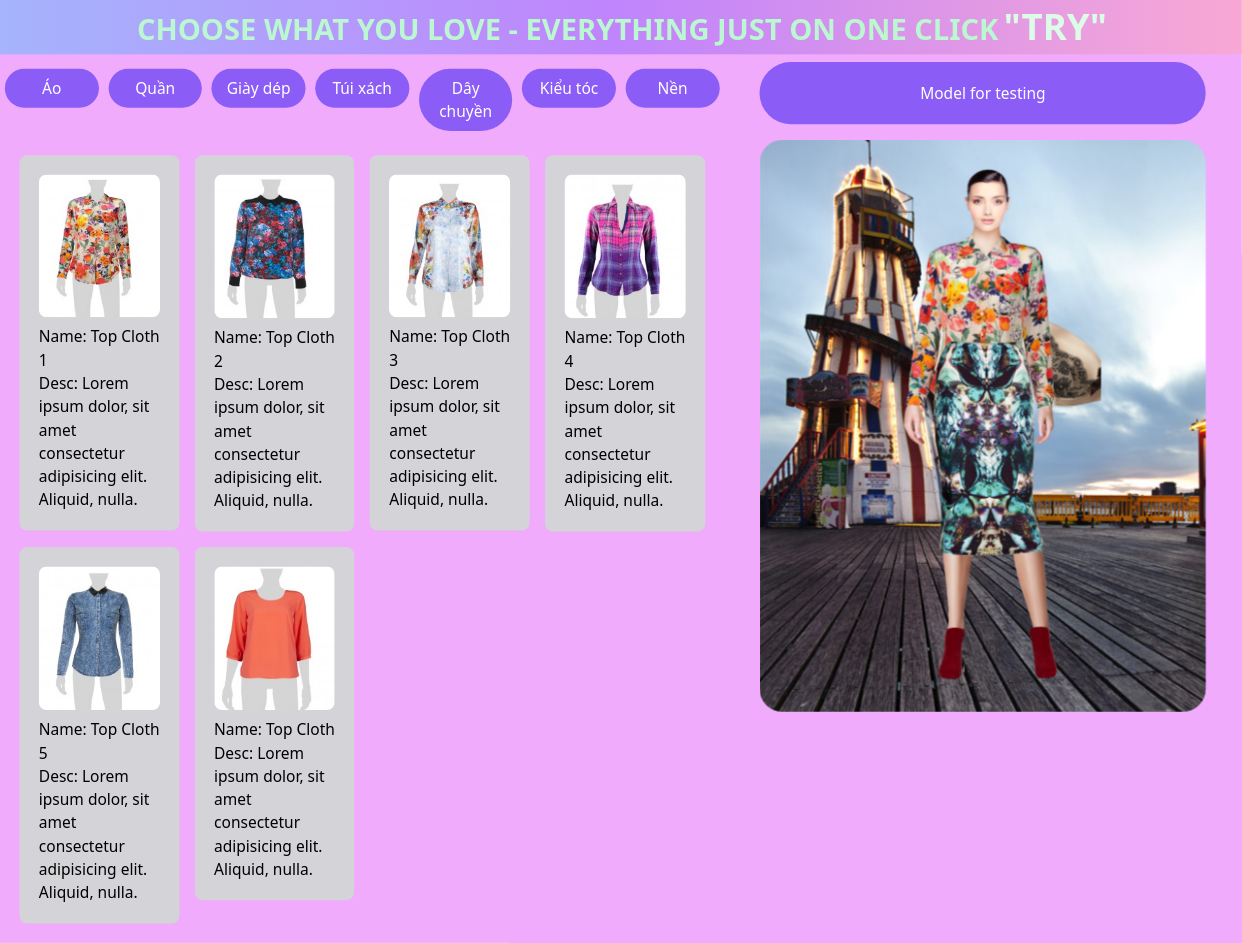
Repository: NguyenVietPhuQuy/ReactJs-TailWind-Redux-FunctionHook-ModelDesign
Page: / (app in modeldesign/)
An editor plug-in stored every save of this project. The page is shown before and after the next save, followed by the edit.
The browser window is 1280 px wide. The pictures show the whole page, at 97% of full size.
The project was rebuilt for these pictures with package versions that can differ from the ones it lists, and the page was loaded fresh each time. Also part of the build but not shown: modeldesign/src/App.css.

Above is the page before, as saved 2022-11-17 17:36:27.

### modeldesign/public/index.html
<!DOCTYPE html>
<html lang="en">
  <head>
    <meta charset="utf-8" />
    <link rel="icon" href="%PUBLIC_URL%/favicon.ico" />
    <meta name="viewport" content="width=device-width, initial-scale=1" />
    <meta name="theme-color" content="#000000" />
    <meta
      name="description"
      content="Web site created using create-react-app"
    />
    <!--bootstrap-->
    <link rel="stylesheet" href="https://cdnjs.cloudflare.com/ajax/libs/bootstrap/5.2.2/js/bootstrap.min.js">
    <link rel="apple-touch-icon" href="%PUBLIC_URL%/logo192.png" />
    <!--
      manifest.json provides metadata used when your web app is installed on a
      user's mobile device or desktop. See https://developers.google.com/web/fundamentals/web-app-manifest/
    -->
    <link rel="manifest" href="%PUBLIC_URL%/manifest.json" />
    <!--
      Notice the use of %PUBLIC_URL% in the tags above.
      It will be replaced with the URL of the `public` folder during the build.
      Only files inside the `public` folder can be referenced from the HTML.

      Unlike "/favicon.ico" or "favicon.ico", "%PUBLIC_URL%/favicon.ico" will
      work correctly both with client-side routing and a non-root public URL.
      Learn how to configure a non-root public URL by running `npm run build`.
    -->
    <title>React App</title>
  </head>
  <body>
    <noscript>You need to enable JavaScript to run this app.</noscript>
    <div id="root"></div>
    <!--
      This HTML file is a template.
      If you open it directly in the browser, you will see an empty page.

      You can add webfonts, meta tags, or analytics to this file.
      The build step will place the bundled scripts into the <body> tag.

      To begin the development, run `npm start` or `yarn start`.
      To create a production bundle, use `npm run build` or `yarn build`.
    -->
  </body>
</html>

### modeldesign/src/index.js
import React from 'react';
import ReactDOM from 'react-dom/client';
import './index.css';
import App from './App';
import reportWebVitals from './reportWebVitals';
import {Provider} from 'react-redux'
import store from './Components/Reducer/Store';
const root = ReactDOM.createRoot(document.getElementById('root'));
root.render(
  <React.StrictMode>
    <Provider store ={store}>
    <App/>
    </Provider>
  </React.StrictMode>
);

// If you want to start measuring performance in your app, pass a function
// to log results (for example: reportWebVitals(console.log))
// or send to an analytics endpoint. Learn more: https://bit.ly/CRA-vitals
reportWebVitals();

### modeldesign/src/App.js
import React from 'react';
import './App.css';
import Home from './Components/Home.js'
function App() {
  return (
    <div>
      <Home/>
    </div>
  );
}

export default App;

### modeldesign/src/Components/Reducer/Store.js
import {createStore} from "redux"
import rootReducer from "./RootReducer"

const store = createStore(rootReducer,window.__REDUX_DEVTOOLS_EXTENSION__ && window.__REDUX_DEVTOOLS_EXTENSION__())
export default store

### modeldesign/src/Components/Home.js
import React from "react";
import Header from './Header.js'
import Category from "./Category.js";
import ProductList from "./ProductList.js";
import Model from "./Model.js";
function Home() {
    return (
        <div className="container mx-auto relative bg-fuchsia-300">
            <section className=
            " bg-gradient-to-r from-indigo-300 via-purple-400 to-pink-300 w-full ring-2 ring-transparent">
                    <Header/>
            </section>
            <section className="main flex flex-row">
                <div className="basis-7/12">
                    <Category/>
                    <ProductList/>
                </div>
                <div className="basis-5/12">
                    <Model />
                </div>
            </section>
        </div>
    )
}
export default Home

### modeldesign/src/Components/Reducer/RootReducer.js
import { combineReducers } from "redux";
import ProductReducer from './ProductReducer'
import CategoryReducer from './CategoryReducer'

const RootReducer = combineReducers({
    products: ProductReducer,
    categories: CategoryReducer,

})

export default RootReducer

### modeldesign/src/Components/Header.js
import React from "react";
import 'animate.css'
function Header(){
    return (
        <div className="text-center text-3xl p-2 font-semibold text-green-200 ">
            CHOOSE WHAT YOU LOVE - EVERYTHING JUST ON ONE CLICK <span className="text-green-100 font-bold text-4xl animate__animated animate__pulse animate__infinite inline-block">"TRY" </span>
        </div>
    )
}
export default Header

### modeldesign/src/Components/Category.js
import React from "react";
import { useSelector } from 'react-redux'


function Category(props) {
    const returnCategory = useSelector(state => state.categories.category)
    return (
        <div className=" flex flex-row w-full">
            {returnCategory.map((item) => {
                return (
                    <div key={item.tabName}className="w-1/2" style={{marginTop: 10, padding:5}}>
                        <button className="p-2 w-full rounded-full text-white hover:text-pink-100
                         bg-violet-500 hover:bg-violet-600 active:bg-violet-700 focus:outline-none
                         ease-in duration-200"
                         style={{ outline:"none",border: "none"}}

                         >
                            {item.showName}
                        </button>
                    </div>
                )
            })}
        </div>
    )
}

export default Category

### modeldesign/src/Components/ProductList.js
import React from "react";
import { useSelector } from "react-redux";
import ProductItem from "./ProductItem"
function ProductList() {
    const productList = useSelector(state => state.products.product)
    const returnIsSelected = useSelector (state=>state.categories.isChangeCategory)
    const CategorySelected = productList.filter(value=> value.type === returnIsSelected)
    return (
        <div className="grid grid-cols-4 gap-4 m-5 text-left">
            {CategorySelected.map(item => {
                return (
                    <div key={item.name}>
                        <ProductItem items={item}/>
                    </div>
                )
            })}
        </div>)
}
export default ProductList

### modeldesign/src/Components/Model.js
import React from "react";
import './Model.css'
function Model() {
    return (
        <div className="p-2  justify-center items-center flex flex-col ">
            <div className="text-center p-5 rounded-full text-white hover:text-pink-100
                         bg-violet-500 hover:bg-violet-600 active:bg-violet-700 focus:outline-none
                         ease-in duration-200 flex  justify-center items-center mb-4"
                 style={{width:460}}
                         >Model for testing</div>
            <div className="contain rounded-3xl " style={{ backgroundImage: `url(/images/background/background1.jpg)` }}>
                <div className="body" style={{ backgroundImage: "url(images/allbody/bodynew.png)" }} />
                <div className="model" style={{ backgroundImage: "url(images/model/1000new.png)" }} />
                <div className="bikinitop" style={{ backgroundImage: `url(/images/allbody/bikini_bra.png)` }} />
                <div className="bikinitop top-cloth" style={{ backgroundImage: `url(/images/clothes/topcloth1.png)` }} />
                <div className="bikinibottom" style={{ backgroundImage: "url(images/allbody/bikini_pantsnew.png)" }} />
                <div className="bikinitop bot-cloth" style={{ backgroundImage: `url(/images/clothes/botcloth3.png)` }} />
                <div className="feetleft" style={{ backgroundImage: "url(images/allbody/feet_high_leftnew.png)" }} />
                <div className="feetright" style={{ backgroundImage: "url(images/allbody/feet_high_rightnew.png)" }} />
                <div className="shoes" style={{ backgroundImage: `url(/images/shoes/shoes1.png)` }} />
            </div>
        </div>)
}
export default Model

### modeldesign/src/Components/Reducer/ProductReducer.js

const initialState = {
    product: [{
        id: 'topcloth_1',
        type: "topclothes",
        name: "Top Cloth 1",
        desc: "Lorem ipsum dolor, sit amet consectetur adipisicing elit. Aliquid, nulla.",
        imgSrc_jpg: 'images/clothes/topcloth1_show.jpg',
        imgSrc_png: 'images/clothes/topcloth1.png',
    },
    {
        id: 'topcloth_2',
        type: "topclothes",
        name: "Top Cloth 2",
        desc: "Lorem ipsum dolor, sit amet consectetur adipisicing elit. Aliquid, nulla.",
        imgSrc_jpg: 'images/clothes/topcloth2_show.jpg',
        imgSrc_png: 'images/clothes/topcloth2.png',
    },
    {
        id: 'topcloth_3',
        type: "topclothes",
        name: "Top Cloth 3",
        desc: "Lorem ipsum dolor, sit amet consectetur adipisicing elit. Aliquid, nulla.",
        imgSrc_jpg: 'images/clothes/topcloth3_show.jpg',
        imgSrc_png: 'images/clothes/topcloth3.png',
    },
    {
        id: 'topcloth_4',
        type: "topclothes",
        name: "Top Cloth 4",
        desc: "Lorem ipsum dolor, sit amet consectetur adipisicing elit. Aliquid, nulla.",
        imgSrc_jpg: 'images/clothes/topcloth4_show.jpg',
        imgSrc_png: 'images/clothes/topcloth4.png',
    },
    {
        id: 'topcloth_5',
        type: "topclothes",
        name: "Top Cloth 5",
        desc: "Lorem ipsum dolor, sit amet consectetur adipisicing elit. Aliquid, nulla.",
        imgSrc_jpg: 'images/clothes/topcloth5_show.jpg',
        imgSrc_png: 'images/clothes/topcloth5.png',
    },
    {
        id: 'topcloth_6',
        type: "topclothes",
        name: "Top Cloth ",
        desc: "Lorem ipsum dolor, sit amet consectetur adipisicing elit. Aliquid, nulla.",
        imgSrc_jpg: 'images/clothes/topcloth6_show.jpg',
        imgSrc_png: 'images/clothes/topcloth6.png',
    },

    // Both clothes
    {
        id: 'botcloth_1',
        type: "botclothes",
        name: "Bot Cloth 1",
        desc: "Lorem ipsum dolor, sit amet consectetur adipisicing elit. Aliquid, nulla.",
        imgSrc_jpg: 'images/clothes/botcloth1_show.jpg',
        imgSrc_png: 'images/clothes/botcloth1.png',
    },
    {
        id: 'botcloth_2',
        type: "botclothes",
        name: "Bot Cloth 2",
        desc: "Lorem ipsum dolor, sit amet consectetur adipisicing elit. Aliquid, nulla.",
        imgSrc_jpg: 'images/clothes/botcloth2_show.jpg',
        imgSrc_png: 'images/clothes/botcloth2.png',
    },
    {
        id: 'botcloth_3',
        type: "botclothes",
        name: "Bot Cloth 3",
        desc: "Lorem ipsum dolor, sit amet consectetur adipisicing elit. Aliquid, nulla.",
        imgSrc_jpg: 'images/clothes/botcloth3_show.jpg',
        imgSrc_png: 'images/clothes/botcloth3.png',
    },
    {
        id: 'botcloth_4',
        type: "botclothes",
        name: "Bot Cloth 4",
        desc: "Lorem ipsum dolor, sit amet consectetur adipisicing elit. Aliquid, nulla.",
        imgSrc_jpg: 'images/clothes/botcloth4_show.jpg',
        imgSrc_png: 'images/clothes/botcloth4.png',
    },
    {
        id: 'botcloth_5',
        type: "botclothes",
        name: "Bot Cloth 5",
        desc: "Lorem ipsum dolor, sit amet consectetur adipisicing elit. Aliquid, nulla.",
        imgSrc_jpg: 'images/clothes/botcloth5_show.jpg',
        imgSrc_png: 'images/clothes/botcloth5.png',
    },

    // Shoes
    {
        id: 'shoes_1',
        type: "shoes",
        name: "Shoes 1",
        desc: "Lorem ipsum dolor, sit amet consectetur adipisicing elit. Aliquid, nulla.",
        imgSrc_jpg: 'images/shoes/shoes1_show.jpg',
        imgSrc_png: 'images/shoes/shoes1.png',
    },
    {
        id: 'shoes_2',
        type: "shoes",
        name: "Shoes 2",
        desc: "Lorem ipsum dolor, sit amet consectetur adipisicing elit. Aliquid, nulla.",
        imgSrc_jpg: 'images/shoes/shoes2_show.jpg',
        imgSrc_png: 'images/shoes/shoes2.png',
    },
    {
        id: 'shoes_3',
        type: "shoes",
        name: "Shoes 3",
        desc: "Lorem ipsum dolor, sit amet consectetur adipisicing elit. Aliquid, nulla.",
        imgSrc_jpg: 'images/shoes/shoes3_show.jpg',
        imgSrc_png: 'images/shoes/shoes3.png',
    },
    {
        id: 'shoes_4',
        type: "shoes",
        name: "Shoes 4",
        desc: "Lorem ipsum dolor, sit amet consectetur adipisicing elit. Aliquid, nulla.",
        imgSrc_jpg: 'images/shoes/shoes4_show.jpg',
        imgSrc_png: 'images/shoes/shoes4.png',
    },
    {
        id: 'shoes_5',
        type: "shoes",
        name: "Shoes 5",
        desc: "Lorem ipsum dolor, sit amet consectetur adipisicing elit. Aliquid, nulla.",
        imgSrc_jpg: 'images/shoes/shoes5_show.jpg',
        imgSrc_png: 'images/shoes/shoes5.png',
    },

    // Handbags
    {
        id: 'handbag_1',
        type: "handbags",
        name: "Handbag 1",
        desc: "Lorem ipsum dolor, sit amet consectetur adipisicing elit. Aliquid, nulla.",
        imgSrc_jpg: 'images/handbags/handbag1_show.jpg',
        imgSrc_png: 'images/handbags/handbag1.png',
    },
    {
        id: 'handbag_2',
        type: "handbags",
        name: "Handbag 2",
        desc: "Lorem ipsum dolor, sit amet consectetur adipisicing elit. Aliquid, nulla.",
        imgSrc_jpg: 'images/handbags/handbag2_show.jpg',
        imgSrc_png: 'images/handbags/handbag2.png',
    },
    {
        id: 'handbag_3',
        type: "handbags",
        name: "Handbag 3",
        desc: "Lorem ipsum dolor, sit amet consectetur adipisicing elit. Aliquid, nulla.",
        imgSrc_jpg: 'images/handbags/handbag3_show.jpg',
        imgSrc_png: 'images/handbags/handbag3.png',
    },

    // Necklaces
    {
        id: 'necklace_1',
        type: "necklaces",
        name: "Necklace 1",
        desc: "Lorem ipsum dolor, sit amet consectetur adipisicing elit. Aliquid, nulla.",
        imgSrc_jpg: 'images/necklaces/necklace1_show.jpg',
        imgSrc_png: 'images/necklaces/necklace1.png',
    },
    {
        id: 'necklace_2',
        type: "necklaces",
        name: "Necklace 2",
        desc: "Lorem ipsum dolor, sit amet consectetur adipisicing elit. Aliquid, nulla.",
        imgSrc_jpg: 'images/necklaces/necklace2_show.jpg',
        imgSrc_png: 'images/necklaces/necklace2.png',
    },
    {
        id: 'necklace_3',
        type: "necklaces",
        name: "Necklace 3",
        desc: "Lorem ipsum dolor, sit amet consectetur adipisicing elit. Aliquid, nulla.",
        imgSrc_jpg: 'images/necklaces/necklace3_show.jpg',
        imgSrc_png: 'images/necklaces/necklace3.png',
    },

    // Hairstyle
    {
        id: 'hairstyle_1',
        type: "hairstyle",
        name: "Hairstyle 1",
        desc: "Lorem ipsum dolor, sit amet consectetur adipisicing elit. Aliquid, nulla.",
        imgSrc_jpg: 'images/hairstyle/hairstyle1_show.jpg',
        imgSrc_png: 'images/hairstyle/hairstyle1.png',
    },
    {
        id: 'hairstyle_2',
        type: "hairstyle",
        name: "Hairstyle 2",
        desc: "Lorem ipsum dolor, sit amet consectetur adipisicing elit. Aliquid, nulla.",
        imgSrc_jpg: 'images/hairstyle/hairstyle2_show.jpg',
        imgSrc_png: 'images/hairstyle/hairstyle2.png',
    },
    {
        id: 'hairstyle_3',
        type: "hairstyle",
        name: "Hairstyle 3",
        desc: "Lorem ipsum dolor, sit amet consectetur adipisicing elit. Aliquid, nulla.",
        imgSrc_jpg: 'images/hairstyle/hairstyle3_show.jpg',
        imgSrc_png: 'images/hairstyle/hairstyle3.png',
    },

    // Background
    {
        id: 'background_1',
        type: "background",
        name: "Background 1",
        desc: "Lorem ipsum dolor, sit amet consectetur adipisicing elit. Aliquid, nulla.",
        imgSrc_jpg: 'images/background/background1_show.jpg',
        imgSrc_png: 'images/background/background1.jpg',
    },
    {
        id: 'background_2',
        type: "background",
        name: "Background 2",
        desc: "Lorem ipsum dolor, sit amet consectetur adipisicing elit. Aliquid, nulla.",
        imgSrc_jpg: 'images/background/background2_show.jpg',
        imgSrc_png: 'images/background/background2.jpg',
    },
    {
        id: 'background_3',
        type: "background",
        name: "Background 3",
        desc: "Lorem ipsum dolor, sit amet consectetur adipisicing elit. Aliquid, nulla.",
        imgSrc_jpg: 'images/background/background3_show.jpg',
        imgSrc_png: 'images/background/background3.jpg',
    },
    {
        id: 'background_4',
        type: "background",
        name: "Background 4",
        desc: "Lorem ipsum dolor, sit amet consectetur adipisicing elit. Aliquid, nulla.",
        imgSrc_jpg: 'images/background/background4_show.jpg',
        imgSrc_png: 'images/background/background4.jpg',
    },
    {
        id: 'background_5',
        type: "background",
        name: "Background 5",
        desc: "Lorem ipsum dolor, sit amet consectetur adipisicing elit. Aliquid, nulla.",
        imgSrc_jpg: 'images/background/background5_show.jpg',
        imgSrc_png: 'images/background/background5.jpg',
    },
    {
        id: 'background_6',
        type: "background",
        name: "Background 6",
        desc: "Lorem ipsum dolor, sit amet consectetur adipisicing elit. Aliquid, nulla.",
        imgSrc_jpg: 'images/background/background6_show.jpg',
        imgSrc_png: 'images/background/background6.jpg',
    },
    {
        id: 'background_7',
        type: "background",
        name: "Background 7",
        desc: "Lorem ipsum dolor, sit amet consectetur adipisicing elit. Aliquid, nulla.",
        imgSrc_jpg: 'images/background/background7_show.jpg',
        imgSrc_png: 'images/background/background7.jpg',
    },
    ],
}
const ProductReducer = (state = initialState) => {
    return state
}

export default ProductReducer

### modeldesign/src/Components/Reducer/CategoryReducer.js
const initialState ={
    category: [
        { tabName: 'tabTopClothes', showName: 'Áo', type: 'topclothes' },
        { tabName: 'tabBotClothes', showName: 'Quần', type: 'botclothes' },
        { tabName: 'tabShoes', showName: 'Giày dép', type: 'shoes' },
        { tabName: 'tabHandBags', showName: 'Túi xách', type: 'handbags' },
        { tabName: 'tabNecklaces', showName: 'Dây chuyền', type: 'necklaces' },
        { tabName: 'tabHairStyle', showName: 'Kiểu tóc', type: 'hairstyle' },
        { tabName: 'tabBackground', showName: 'Nền', type: 'background' }
    ],
    isChangeCategory: "topclothes"
}
const CategoryReducer = (state=initialState) =>{
    return state
}
export default CategoryReducer

### modeldesign/src/Components/ProductItem.js
import React from "react";
function ProductItem(props) {
    const {desc,name,imgSrc_jpg} = props.items
    return (
        <div className="card hover:bg-zinc-400  bg-zinc-300 rounded-lg p-5 ease-in duration-100">
            <img alt="" src={imgSrc_jpg} className="rounded-lg flex-shrink-0 w-full"></img>
            <div className="mt-2">
                <span style={{ display: "block" }}>Name: {name}</span>
                <span style={{ display: "block" }}>Desc: {desc}</span>
            </div>
        </div>
    )
}
export default ProductItem

### modeldesign/src/Components/Model.css
.contain {
    width: 460px;
    height: 590px;
    margin: 0 auto;
    position: relative;
  }
  .body {
    width: 250px;
    height: 500px;
    position: absolute;
    top: 12%;
    left: 22%;
  }
  .bikinitop {
    width: 250px;
    height: 500px;
    position: absolute;
    top: 12%;
    left: 22%;
    z-index: 1;
  }
  .top-cloth {
    background-size: cover;
    z-index: 3;
  }

  .bikinibottom {
    width: 250px;
    height: 500px;
    position: absolute;
    top: 12%;
    left: 22%;
    z-index: 1;
  }

  .bot-cloth {
    background-size: cover;
    z-index: 3;
  }

  .model {
    width: 60px;
    height: 77px;
    position: absolute;
    top: 5%;
    left: 45.5%;
    z-index: 1;
  }

  .feetleft {
    width: 25px;
    height: 41px;
    position: absolute;
    bottom: 6.5%;
    left: 40.4%;
    z-index: 1;
  }

  .feetright {
    width: 25px;
    height: 41px;
    position: absolute;
    bottom: 6.5%;
    right: 33.3%;
    z-index: 1;
  }
  .shoes {
    width: 500px;
    height: 1000px;
    position: absolute;
    bottom: -40%;
    right: -3.5%;
    transform: scale(0.5);
    z-index: 1;
  }

  .hairstyle {
    width: 1000px;
    height: 1000px;
    position: absolute;
    top: -75%;
    right: -57%;
    transform: scale(0.16);
    z-index: 4;
  }

  .handbag {
    width: 500px;
    height: 1000px;
    position: absolute;
    bottom: -40.5%;
    right: -3.5%;
    transform: scale(0.5);
    z-index: 4;
  }

  .necklace {
    width: 500px;
    height: 1000px;
    position: absolute;
    bottom: -40%;
    right: -3.5%;
    transform: scale(0.5);
    z-index: 4;
  }

Loaded but not shown: modeldesign/src/index.css (common file); modeldesign/src/reportWebVitals.js (common file); modeldesign/tailwind.config.js (common file)

After the next save:
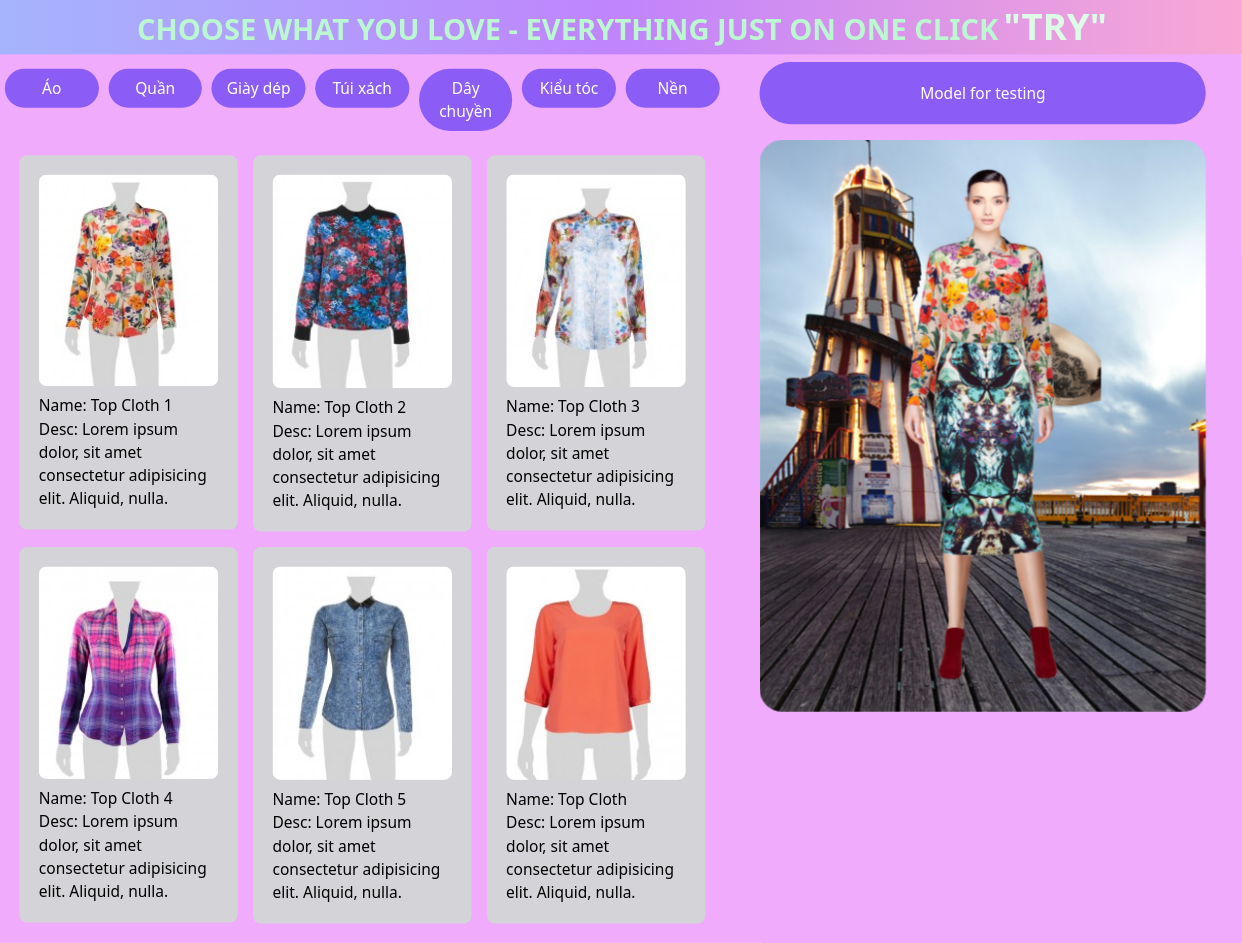
Saved 16 h 33 min later.
--- a/modeldesign/src/Components/ProductList.js
+++ b/modeldesign/src/Components/ProductList.js
@@ -6,7 +6,7 @@ function ProductList() {
     const returnIsSelected = useSelector (state=>state.categories.isChangeCategory)
     const CategorySelected = productList.filter(value=> value.type === returnIsSelected)
     return (
-        <div className="grid grid-cols-4 gap-4 m-5 text-left">
+        <div className="grid grid-cols-3 gap-4 m-5 text-left">
             {CategorySelected.map(item => {
                 return (
                     <div key={item.name}>
